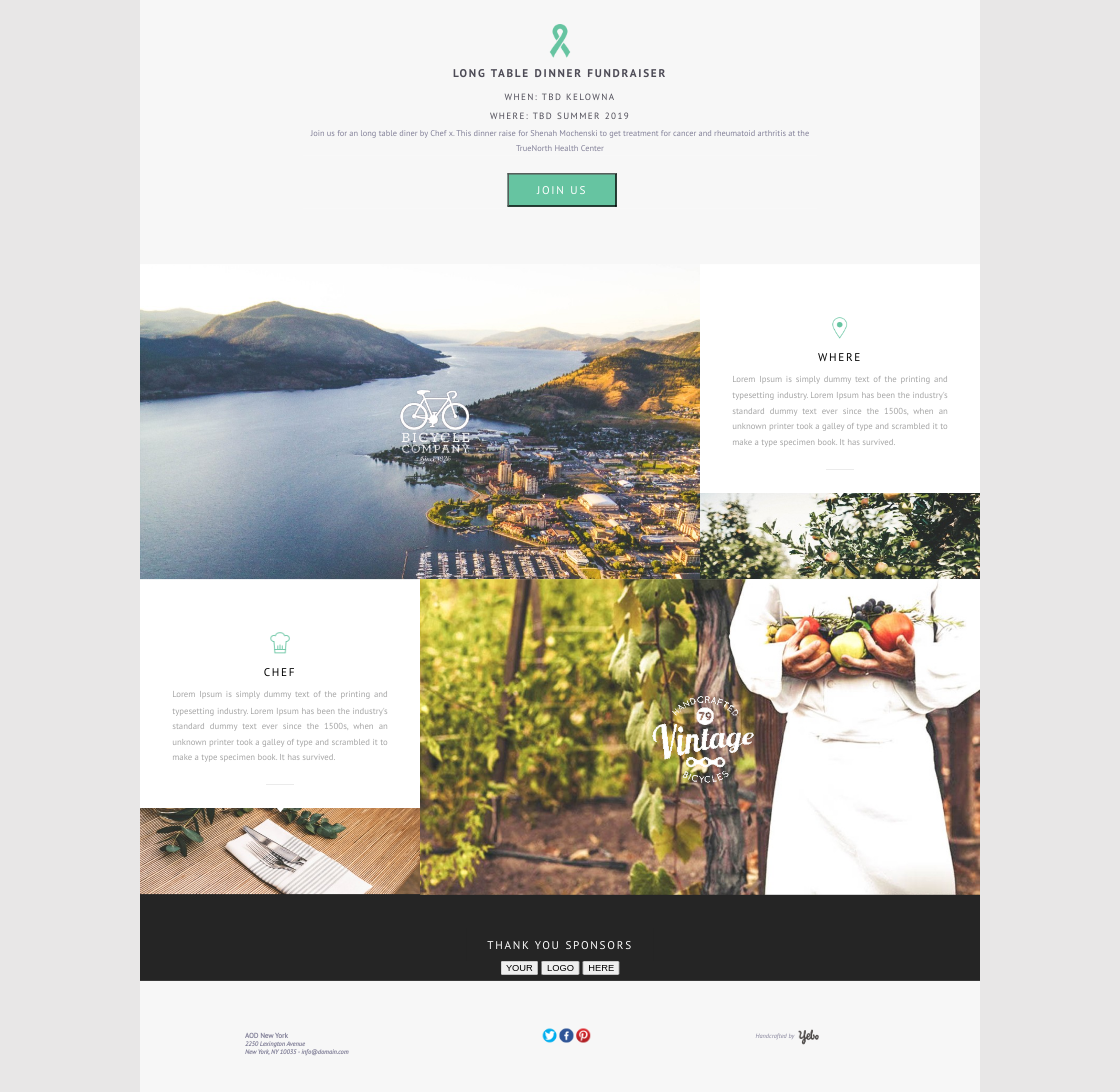
Repository: vancodes/longtable
Page: index.html
The author's editor kept a copy of each file at every save. The page is drawn from the files as they stood at one save, then again after the next save.
The browser window is 1280 px wide. The page is 1600 px wide, so the pictures cover 1600 px, including what lies to the right of the window. The pictures show the part of the page from y = 796 to 2356 px (the page is 2356 px tall), at 70% of full size.

Above is the page before, as saved 2019-04-08 15:54:52.

### index.html
<!DOCTYPE html>
<html>

<head>
  <meta charset="utf-8">
  <link href="index.css" type="text/css" rel="stylesheet">
  <title>Long table</title>
</head>

<body>
  <div class="wrapper">
    <!--Intro Section-->
    <div class="topbar">
      <h1>
      <ul>
        <li><a href="#">About Us</a></li>
    	   <p>.</p>
        <li><a href="#">Info</a></li>
        <li><a href="#"><img src="assets\logo.png" alt="logo"></a></li>
        <li><a href="https://www.gofundme.com/breast-lung-and-melanoma-cancer">Donate</a></li>
    	   <p>.</p>
        <li><a href="#">Contact</a></li>
      </ul>
    </h1>
    </div>
    <div class="hero">
      <img src="assets/cover.jpg" alt="">
    </div>
    <!--Navigation Section-->
    <div class="main" align="center">
      <div class="first">
        <img src="assets\breast-cancer-icon.png" alt="bike chain">
        <h2>Long table dinner fundraiser</h2>
        <h4>When: TBD Kelowna</h4>
        <h4>Where: TBD Summer 2019</h4>
        <p>Join us for an long table diner by Chef x. This dinner raise for Shenah Mochenski to get treatment for cancer and rheumatoid arthritis at the TrueNorth Health Center</p>
        <div class="email-container">
            <button>Join us</button>
          </div>
      </div>
      <!--Image Section-->
      <div class="bike-images">
        <div class="first-container">
          <div class="first-left">
            <div id="bike-logo">
              <img src="assets/bike.png" alt="bike logo">
            </div>
            <div id="logo">
              <img src="assets/bicycle-company-logo.png" alt="company logo">
            </div>
            <div id="vintage-left">
              <img src="assets\bike-1.jpg" alt="bike handle">
            </div>
          </div>
          <div class="first-right">
            <div class="location">
              <img src="assets\location-icon.png" alt="frame icon">
            </div>
            <div id="vintage-text">
              <h3>WHERE</h3>
              <p>Lorem Ipsum is simply dummy text of the printing and typesetting industry. Lorem Ipsum has been the industry's standard dummy text ever since the 1500s, when an unknown printer took a galley of type and scrambled it to make a type specimen
                book. It has survived.</p>
            </div>
            <div class="divider-line"></div>
            <div id="first-vintage-seat">
              <img img src="assets\seat.jpg" alt="bike seat">
            </div>
            <div class="arrow-down"></div>
          </div>
        </div>
        <div class="second-container">
          <div class="second-left">
            <div class="chef">
              <img src="assets\chef-icon.png" alt="chef icon">
            </div>
            <div id="vintage-text">
              <h3>CHEF</h3>
              <p>Lorem Ipsum is simply dummy text of the printing and typesetting industry. Lorem Ipsum has been the industry's standard dummy text ever since the 1500s, when an unknown printer took a galley of type and scrambled it to make a type specimen
                book. It has survived.</p>
            </div>
            <div class="divider-line"></div>
            <div id="second-chef">
              <img src="assets\chef-2.jpg" alt="vintage bike seat">
            </div>
            <div class="arrow-down"></div>
          </div>
          <div class="second-right">
            <div id="vintage-logo">
              <img src="assets\vintage-logo.png" alt="vintage bike logo">
            </div>
            <div id="chef">
              <img src="assets\chef.jpg" alt="chef">
            </div>
          </div>
        </div>
        <!--<div class="retro-container">
          <div class="retro-left">
            <div id="retro-logo">
              <img src="assets/bicycle-logo.png" alt="Since 1962 logo">
            </div>
            <div id="retro-bike">
              <img src="assets\bike-rail.jpg" alt="bike rail">
            </div>
          </div>
          <div class="retro-middle">
            <div class="steering">
              <img src="assets\steering-icon.png" alt="steering icon">
            </div>
            <div id="vintage-text">
              <h3>Retro Bike - M. Hulot</h3>
              <p>Lorem Ipsum is simply dummy text of the printing and typesetting industry. Lorem Ipsum has been the industry's standard dummy text ever since the 1500s, when an unknown printer took a galley of type and scrambled it to make a type specimen
                book. It has survived.</p>
            </div>
            <div class="divider-line"></div>
            <div class="arrow-down"></div>
            <div id="retro-rail">
              <img src="assets\mavic.jpg" alt="vintage bike seat">
            </div>
          </div>
          <div class="retro-right">
            <div id="retro-bike-right">
              <img src="assets\bike-2.jpg" alt="retro bike">
            </div>
          </div>
        </div>
      </div>-->
      <!--Social Section-->
      <!--<div class="main" align="center">
        <div class="last">
          <img src="assets\twitter-icon.png" alt="Twitter icon"><br>
          <span>AOD New York @aod</span>
          <span class="twitter-time"> / 35 min</span >
            <p>Lorem ipsum dolor sit amet, consectetur adipiscing elit. Sed ut tellus ac nulla semper rhoncus. Nullam a odio porttitor, dictum turpis vitae, pretium ante amet.</p>
          </div>
      </div>-->
<!--slider-->
    <!--<div class="slider">
      <span class="dotfirst"></span>
          <span class="dot"></span>
          <span class="dot"></span>
        </div>-->
        <!--Photo Collage-->
        <!--
        <div class="bottom-container">
          <div class="bottom-left">
            <div id="image-one">
              <img src="assets\bottom-image-1.jpg" alt="">
            </div>
            <div id="image-one">
              <img src="assets\bottom-image-2.jpg" alt="">
            </div>
            <div id="brooks-seat">
              <img src="assets\brooks-seat.png" alt="">
            </div>
          </div>
          <div class="bottom-middle">
            <div id="image-three">
              <img src="assets\bottom-image-3.jpg" alt="">
            </div>
            <div id="image-three">
              <img src="assets\bottom-image-4.jpg" alt="">
            </div>
          </div>
          <div class="bottom-right">
            <div id="bottom-bike-logo">
              <img src="assets/bike.png" alt="bike logo">
            </div>
            <div class="bottom-text">
              <p>shop now</p>
            </div>
            <div id="image-five">
              <img src="assets\bottom-image-5.jpg" alt="">
            </div>
            <div id="image-five">
              <img src="assets\bottom-image-6.jpg" alt="">
            </div>
          </div>
        </div> -->
        <div class="discover-container">
          <div class="discover-text">
            <button>Thank You Sponsors</button>
          </div>
          <div class="sponsor-logo">
            <button>YOUR</button>
            <button>LOGO</button>
            <button>HERE</button>
          </div>
      </div>
        </div>
      </div>
      <div class="main" align="center">
        <div class="footer-container">
          <div class="footer-left">
            <span>AOD New York</span>
            <span class="footer-text">
      <p>2250 Lexington Avenue</p>
      <p>New York, NY 10035 - info@domain.com</p>
      </span >
      </div>
      <div class="footer-middle">
        <img src="assets\twitter.png" alt="twitter icon">
        <img src="assets\facebook.png" alt="facebook icon">
        <img src="assets\pinterest.png" alt="pinterest icon">
      </div>
      <div class="footer-right">
        <span class="footer-right-text">
          <p>Handcrafted by</p>
        </span>
            <img src="assets\yebo-logo.png" alt="yebo logo">
          </div>
        </div>
      </div>
      <!--end-->
    </div>
</body>
</html>

### index.css
/* http://meyerweb.com/eric/tools/css/reset/
   v2.0 | 20110126
   License: none (public domain)
*/

html, body, div, span, applet, object, iframe, h1, h2, h3, h4, h5, h6, p, blockquote, pre, a, abbr, acronym, address, big, cite, code, del, dfn, em, img, ins, kbd, q, s, samp, small, strike, strong, sub, sup, tt, var, b, u, i, center, dl, dt, dd, ol, ul, li, fieldset, form, label, legend, table, caption, tbody, tfoot, thead, tr, th, td, article, aside, canvas, details, embed, figure, figcaption, footer, header, hgroup, menu, nav, output, ruby, section, summary, time, mark, audio, video {
  margin: 0;
  padding: 0;
  border: 0;
  font-size: 100%;
  font: inherit;
  vertical-align: baseline;
}

/* HTML5 display-role reset for older browsers */

article, aside, details, figcaption, figure, footer, header, hgroup, menu, nav, section {
  display: block;
}

body {
  line-height: 1;
}

ol, ul {
  list-style: none;
}

blockquote, q {
  quotes: none;
}

blockquote:before, blockquote:after, q:before, q:after {
  content: '';
  content: none;
}

table {
  border-collapse: collapse;
  border-spacing: 0;
}

/*  fonts */

@font-face {
  font-family: PtSansWebBold;
  src: url(font/pt_sans-web-bold.ttf);
}

@font-face {
  font-family: PtSansWebBoldItalic;
  src: url(font/pt_sans-web-bolditalic.ttf);
}

@font-face {
  font-family: PtSansWebItalic;
  src: url(font/pt_sans-web-italic.ttf);
}

@font-face {
  font-family: PtSansWebRegular;
  src: url(font/pt_sans-web-regular.ttf);
}

body {
  font-family: PtSansWebRegular;
}

h1 {
  font-family: PtSansWebBold;
  font-size: 12px;
  text-transform: uppercase;
  letter-spacing: 2px;
}

h2 {
  font-family: PtSansWebBold;
  letter-spacing: 2.5px;
  text-transform: uppercase;
  text-align: center;
  line-height: 2.5em;
}

h3 {
  font-family: PtSansWebBold;
  letter-spacing: 2.5px;
  text-transform: uppercase;
  text-align: center;
  font-size: 12px;
  line-height: 2.5em;
}

h3 {
  font-family: PtSansWebRegular;
  letter-spacing: 2.5px;
  text-transform: uppercase;
  text-align: center;
  line-height: 2.5em;
  font-size: 16px;
}

h4 {
  font-family: PtSansWebRegular;
  font-size: 13px;
  text-transform: uppercase;
  letter-spacing: 2px;
  line-height: 2.1em;
}


p {
  font-family: PtSansWebRegular;
  font-size: 12px;
  color: #838199;
  text-align: center;
  line-height: 1.8em;
}

.bike-images p {
  font-family: PtSansWebRegular;
  font-size: 12.5px;
  color: #a5a5a5;
  text-align: justify;
  line-height: 1.8em;
}

.last span {
  font-family: PtSansWebBold;
  display: inline;
  font-size: 12px;
  text-align: center;
  line-height: 2.8em;
  letter-spacing: 1.5px;
}

.last .twitter-time {
  font-family: PtSansWebRegular;
  font-size: 12px;
  text-align: center;
  letter-spacing: 1.5px;
  color: #b2b1bd;
  padding-left: 6px;
}

.last p {
  font-family: PtSansWebItalic;
  font-size: 14px;
  color: #838199;
  text-align: center;
  line-height: 1.8em;
  padding: 0 55px;
}

.bottom-text p {
  font-family: PtSansWebRegular;
  letter-spacing: 2.5px;
  text-transform: uppercase;
  text-align: center;
  line-height: 2.5em;
  font-size: 12px;
  color: #fff;
}

.saddle-text p {
  font-family: PtSansWebItalic;
  font-size: 16px;
  text-align: center;
  letter-spacing: 0.5px;
  color: #838199;
  padding-left: 6px;
  margin-bottom: 20px;
}

/*  wrapper */

.wrapper {
  padding: 0 200px;
  width: 1200px;
  margin: 0 auto;
  background-color: #e8e7e7;
}

/* intro section */

.hero img {
  width: 100%;
}

.topbar {
  position: absolute;
  padding: 0px 317px;
  margin-top: 23px;
}

.topbar ul {
  width: 590px;
  margin: 0 auto;
}

.topbar li {
  display: inline-block;
  padding: 0 20px;
  float: left;
  position: relative;
  top: 52px;
  transform: translateY(-50%);
}

.topbar li a {
  text-decoration: none;
  color: #4D4B56;
}

.topbar li a img {
  width: 75px;
}

.hero img {
  vertical-align: bottom;
  width: 100%;
  padding-top: 150px;
  background-color: #F7F7F7
}

.topbar li a:hover {
  text-decoration: none;
  color: #ff000069;
}

.topbar p {
  padding: 0 20px;
  float: left;
  position: relative;
  top: 52px;
  transform: translateY(-50%);
  font-family: PtSansWebBold;
}

/* navigation section */

.main {
  background-color: #F7F7F7
}

.first {
  color: #4D4B56;
  padding: 80px 150px 80px 150px;
  max-width: 736px;
}

.first img {
  padding: 0px 46px;
}

/* bike images */

img {
  padding: 0;
  margin: 0;
}

.bike-images {
  background-color: #FFFF;
  position: relative;
}

.first-container {
  vertical-align: bottom;
  display: table;
}

.first-left {
  width: 800px;
  display: table-cell;
  vertical-align: bottom;
}

.first-right {
  display: table-cell;
  vertical-align: bottom;
  width: 400px;
}

#first-vintage-seat img {
  width: 400px;
  height: 123px;
  float: left;
}

#bike-logo img {
  width: 100px;
  position: absolute;
  margin-top: 179px;
  transform: translatex(-29%);
}

#logo img {
  width: 100px;
  position: absolute;
  margin-top: 240px;
  transform: translateX(-26%);
}

#vintage-left img {
  float: left;
  margin: auto;
  width: 800px;
}

.location img {
  width: 30px;
  margin-bottom: 5px;
}

#vintage-text {
  height: 162px;
  margin-bottom: 18px;
  overflow: hidden;
}

#vintage-text p {
  padding: 0px 46px;
}

.divider-line {
  height: 1px;
  background-color: #e2e2e2;
  margin: 0px 180px 33px;
}

.arrow-down {
  width: 0px;
  height: 0px;
  border-left: 5px solid transparent;
  border-right: 5px solid transparent;
  border-top: 6px solid #FFFF;
  position: absolute;
  transform: translateX(1955%);
}

.second-container {
  vertical-align: bottom;
  display: table;
}

#second-chef img {
  width: 400px;
  height: 123px;
  float: left;
  margin-bottom: -1.6px;
}

.second-left {
  width: 333px;
  display: table-cell;
  vertical-align: bottom;
}

.chef img {
  width: 30px;
  margin-bottom: 5px;
}

#chef img {
  float: right;
  width: 800px;
  vertical-align: bottom;
  margin-bottom: -2px;
}

.second-right {
  display: table-cell;
  vertical-align: bottom;
  width: 656px;
}

#vintage-logo img {
  width: 145px;
  position: absolute;
  margin-top: 167px;
  transform: translateX(-47%);
}

.retro-container {
  vertical-align: bottom;
  display: table;
}

.retro-left {
  display: table-cell;
  vertical-align: bottom;
  width: 333px;
}

.retro-middle {
  width: 400px;
  display: table-cell;
  vertical-align: bottom;
}

.retro-right {
  display: table-cell;
  vertical-align: bottom;
  width: 400px;
}

#retro-logo img {
  width: 160px;
  position: absolute;
  margin-top: 197px;
  transform: translateX(-50%);
}

#retro-bike img {
  float: right;
  width: 400px;
  vertical-align: bottom;
}

#retro-bike-right img {
  float: right;
  width: 400px;
  vertical-align: bottom;
}

.steering img {
  height: 30px;
  margin-bottom: 5px;
}

#retro-rail img {
  width: 400px;
  height: 123px;
  vertical-align: bottom;
}

.bottom-container {
  vertical-align: bottom;
  display: table;
  margin-top: 14px;
}

.bottom-left {
  display: table-cell;
  vertical-align: bottom;
  width: 400px;
}

.bottom-middle {
  display: table-cell;
  vertical-align: bottom;
  width: 400px;
}

.bottom-right {
  display: table-cell;
  vertical-align: bottom;
  width: 400px;
}

#image-one img {
  float: left;
  width: 200px;
  vertical-align: bottom;
  max-height: 199px;
}

#brooks-seat img {
  float: left;
  width: 400px;
  vertical-align: bottom;
}

#image-three img {
  float: left;
  width: 200px;
  vertical-align: bottom;
}

#image-five img {
  float: left;
  width: 400px;
  vertical-align: bottom;
  margin-top: -1px;
}

#bottom-bike-logo img {
  width: 50px;
  position: absolute;
  margin-top: 79px;
  transform: translatex(-57%);
}

.bottom-text {
  position: absolute;
  padding: 0px -4px;
  margin-top: 108px;
  width: 400px;
}

/* twitter-last section */

.last {
  padding: 80px 150px 50px 150px;
  max-width: 736px;
}

.last img {
  width: 25px;
  padding-bottom: 15px;
}

.noBorder {
  border: 0;
}

/* slider */

.dotfirst {
  width: 0.50rem;
  height: 0.50rem;
  background-color: #ADB2B6;
  border-radius: 50%;
  display: inline-block;
}

.dot {
  width: 0.40rem;
  height: 0.40rem;
  border-radius: #ADB2B6;
  background-color: #FFF;
  border-radius: 50%;
  border: 1px solid #ADB2B6;
  display: inline-block;
  -moz-border-radius: 50%;
  -webkit-border-radius: 50
}

.slider {
  color: #4D4B56;
  padding: 0px 0px 30px 0px;
  max-width: 736px;
}

/* last section */

.discover-container {
  background-color: #252525;
  height: 75px;
  padding-top: 50px;
}

.discover-text button {
  border: none;
  padding: 3px 30px;
  margin: 0 450px;
  font-family: PtSansWebRegular;
  letter-spacing: 2.5px;
  text-transform: uppercase;
  text-align: center;
  line-height: 2.5em;
  font-size: 16px;
  color: #fff;
  background-color: #252525;
}

.discover-text button:hover {
  background-color: #fff;
  color: #252525;
  box-shadow: none;
  transform: none;
  transition: 0.1s ease-in-out;
}

.discover-text button {
  border: none;
  padding: 3px 30px;
  margin: 0 450px;
  font-family: PtSansWebRegular;
  letter-spacing: 2.5px;
  text-transform: uppercase;
  text-align: center;
  line-height: 2.5em;
  font-size: 16px;
  color: #fff;
  background-color: #252525;
}

.email-container {
  background-color: #f7f7f7;
  padding: 25px 150px 50px 0px;
}

.email-container img {
  width: 65px;
  padding: 10px 420px;
}

input {
  border: 1px solid #e8e7e7;
  padding: 5px 30px;
  margin: 3px 255px;
  position: absolute;
  padding: 9px 109px 9px 20px;
  font-family: PtSansWebItalic;
  font-size: 14px;
  color: #e8e7e7;
  text-align: center;
  line-height: 1.8em;
  text-align: left;
}

.email-container button {
  margin: 0px;
  position: absolute;
  background-color: #66c4a1;
  padding: 2px 40px;
  font-family: PtSansWebRegular;
  letter-spacing: 2.5px;
  text-transform: uppercase;
  text-align: center;
  line-height: 2.5em;
  font-size: 16px;
  color: #fff;
}

.email-container button:hover {
  background-color: #fff;
  color: #66c4a1;
  box-shadow: none;
  transform: none;
  transition: 0.1s ease-in-out;
}

.footer-container {
  background-color: #f7f7f7;
  padding: 50px 150px;
  display: table
}

.footer-left {
  display: table-cell;
  width: 400px;
  text-align: left;
}

.footer-left span {
  font-size: 10px;
  color: #838199;
  font-weight: bold;
}

.footer-text p {
  font-family: PtSansWebItalic;
  font-size: 9px;
  color: #838199;
  line-height: 1.4em;
  text-align: left;
}

.footer-middle {
  display: table-cell;
  width: 400px;
  transform: translateX(33%);
  vertical-align: middle;
}

.footer-middle img {
  width: 20px;
}

.footer-right {
  width: 400px;
}

.footer-right-text p {
  font-family: PtSansWebItalic;
  font-size: 9px;
  color: #838199;
  line-height: 1.4em;
  margin-top: 23px;
  width: 60px;
  transform: translateX(95%);
}

.footer-right img {
  width: 30px;
  transform: translateX(300%);
  padding-top: 0px;
  margin-top: -16px;
  position: absolute;
}

After the next save:
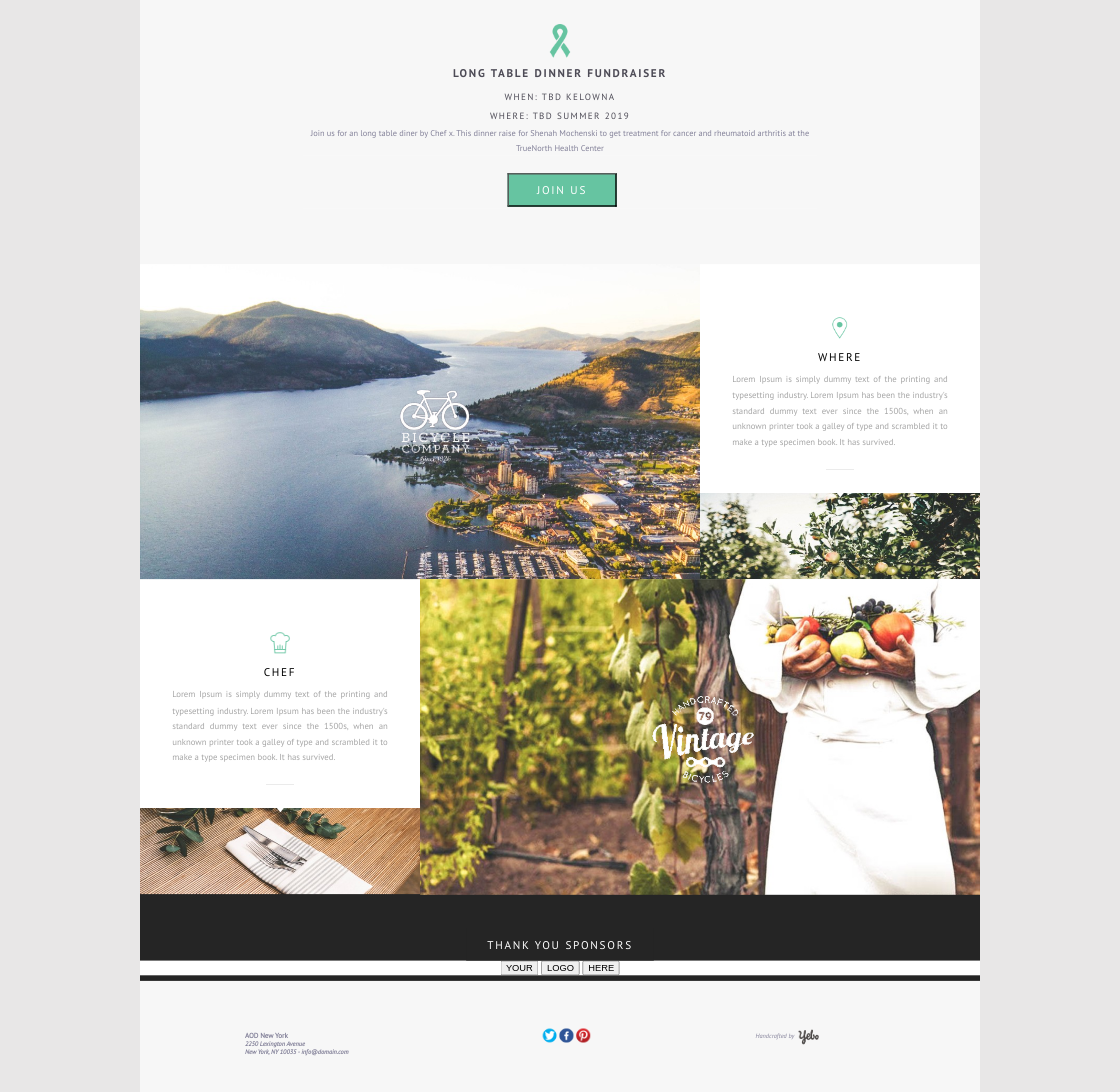
Saved 13 s later.
--- a/index.css
+++ b/index.css
@@ -564,7 +564,7 @@ img {
   background-color: #252525;
 }
 
-.discover-text button:hover {
+.sponsor-logo {
   background-color: #fff;
   color: #252525;
   box-shadow: none;
